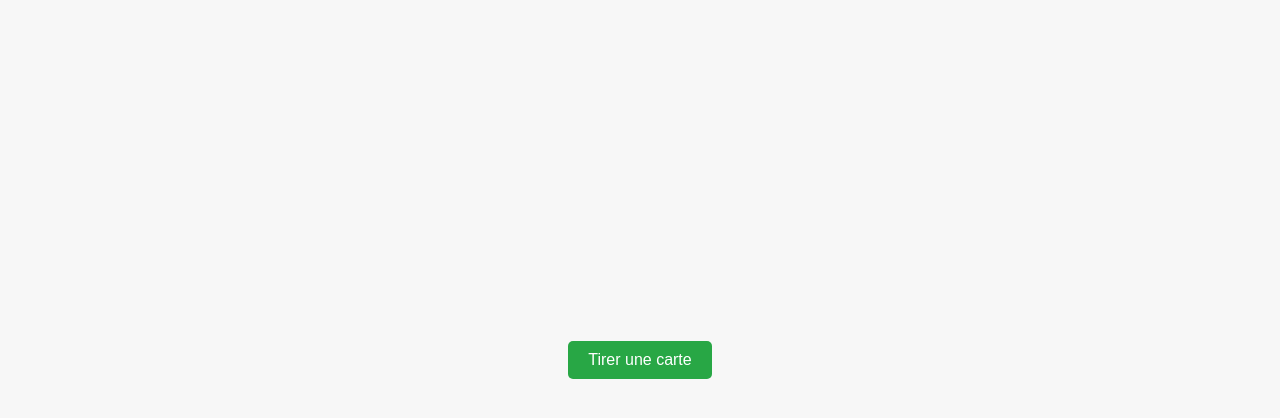
Repository: brickinclackman/Card-Knowledge-Game
Page: test.html
An editor plug-in stored every save of this project. The page is shown before and after the next save, followed by the edit.
The browser window is 1280 px wide. The pictures show the whole page.

Above is the page before, as saved 2024-12-08 11:38:38.

After the next save:
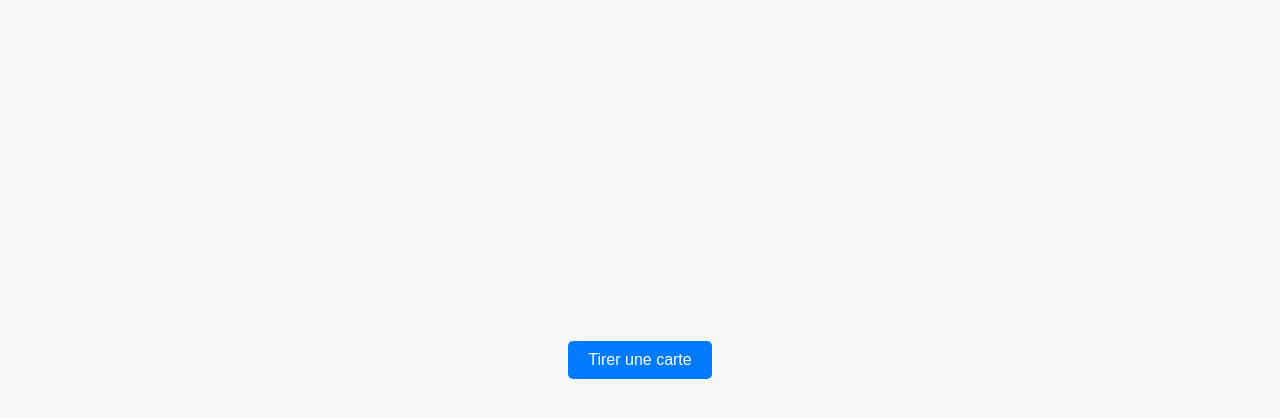
Saved 71 s later.
--- a/test.html
+++ b/test.html
@@ -29,47 +29,45 @@
             border: none;
             border-radius: 5px;
             cursor: pointer;
-            background-color: #28a745;
+            background-color: #007bff;
             color: white;
             transition: background-color 0.3s;
         }
         button:hover {
-            background-color: #218838;
+            background-color: #0056b3;
         }
     </style>
 </head>
 <body>
     <div>
-        <button id="showCardBtn">Tirer une carte</button>
+        <button id="drawCardBtn">Tirer une carte</button>
         <img src="" alt="Carte à jouer" class="card" id="card">
     </div>
 
     <script>
-        // Liste des cartes (chemins des fichiers)
-        const cards = [
-            "images/cards/ace_of_hearts.png",
-            "images/cards/king_of_clubs.png",
-            "images/cards/queen_of_diamonds.png",
-            "images/cards/jack_of_spades.png",
-            "images/cards/10_of_hearts.png",
-            // Ajoutez toutes les cartes ici...
-        ];
-
         // Ciblez le bouton et l'image
-        const button = document.getElementById('showCardBtn');
+        const button = document.getElementById('drawCardBtn');
         const card = document.getElementById('card');
 
-        // Fonction pour sélectionner une carte aléatoire
-        function getRandomCard() {
-            const randomIndex = Math.floor(Math.random() * cards.length);
-            return cards[randomIndex];
-        }
+        // Ajouter un événement au clic
+        button.addEventListener('click', async () => {
+            try {
+                // Faites une requête à l'API pour tirer une carte
+                const response = await fetch('https://deckofcardsapi.com/api/deck/new/draw/?count=1');
+                const data = await response.json();
 
-        // Ajouter un événement au clic
-        button.addEventListener('click', () => {
-            const randomCard = getRandomCard(); // Obtenez une carte aléatoire
-            card.src = randomCard; // Changez la source de l'image
-            card.style.display = 'block'; // Affichez l'image
+                // Vérifiez si une carte a été tirée
+                if (data.cards && data.cards.length > 0) {
+                    const randomCardUrl = data.cards[0].image; // URL de l'image
+                    card.src = randomCardUrl; // Changez la source de l'image
+                    card.style.display = 'block'; // Affichez l'image
+                } else {
+                    alert('Impossible de tirer une carte.');
+                }
+            } catch (error) {
+                console.error('Erreur lors du tirage de la carte :', error);
+                alert('Une erreur est survenue. Veuillez réessayer.');
+            }
         });
     </script>
 </body>

After the save that followed:
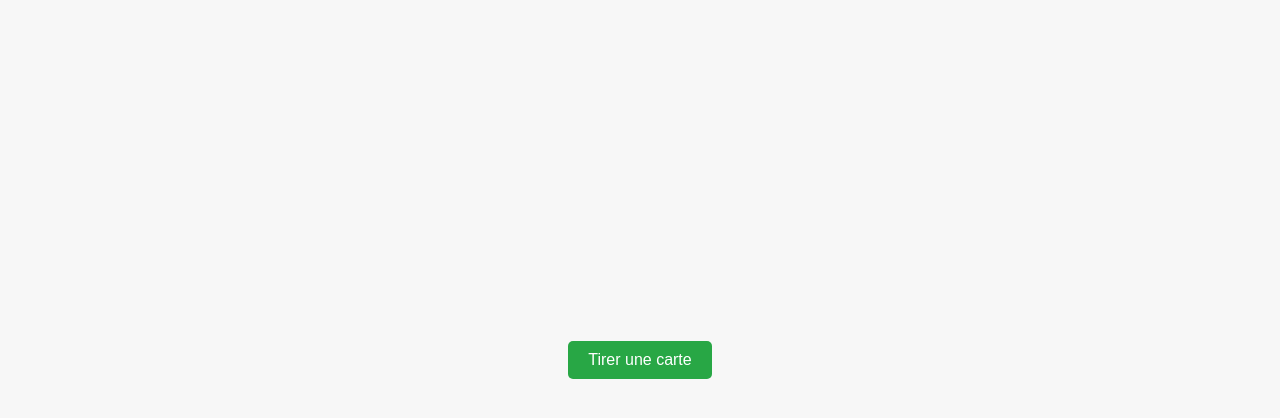
Saved 3 min 56 s later.
--- a/test.html
+++ b/test.html
@@ -29,45 +29,47 @@
             border: none;
             border-radius: 5px;
             cursor: pointer;
-            background-color: #007bff;
+            background-color: #28a745;
             color: white;
             transition: background-color 0.3s;
         }
         button:hover {
-            background-color: #0056b3;
+            background-color: #218838;
         }
     </style>
 </head>
 <body>
     <div>
-        <button id="drawCardBtn">Tirer une carte</button>
+        <button id="showCardBtn">Tirer une carte</button>
         <img src="" alt="Carte à jouer" class="card" id="card">
     </div>
 
     <script>
+        // Liste des cartes (chemins des fichiers)
+        const cards = [
+            "images/cards/ace_of_hearts.png",
+            "images/cards/king_of_clubs.png",
+            "images/cards/queen_of_diamonds.png",
+            "images/cards/jack_of_spades.png",
+            "images/cards/10_of_hearts.png",
+            // Ajoutez toutes les cartes ici...
+        ];
+
         // Ciblez le bouton et l'image
-        const button = document.getElementById('drawCardBtn');
+        const button = document.getElementById('showCardBtn');
         const card = document.getElementById('card');
 
+        // Fonction pour sélectionner une carte aléatoire
+        function getRandomCard() {
+            const randomIndex = Math.floor(Math.random() * cards.length);
+            return cards[randomIndex];
+        }
+
         // Ajouter un événement au clic
-        button.addEventListener('click', async () => {
-            try {
-                // Faites une requête à l'API pour tirer une carte
-                const response = await fetch('https://deckofcardsapi.com/api/deck/new/draw/?count=1');
-                const data = await response.json();
-
-                // Vérifiez si une carte a été tirée
-                if (data.cards && data.cards.length > 0) {
-                    const randomCardUrl = data.cards[0].image; // URL de l'image
-                    card.src = randomCardUrl; // Changez la source de l'image
-                    card.style.display = 'block'; // Affichez l'image
-                } else {
-                    alert('Impossible de tirer une carte.');
-                }
-            } catch (error) {
-                console.error('Erreur lors du tirage de la carte :', error);
-                alert('Une erreur est survenue. Veuillez réessayer.');
-            }
+        button.addEventListener('click', () => {
+            const randomCard = getRandomCard(); // Obtenez une carte aléatoire
+            card.src = randomCard; // Changez la source de l'image
+            card.style.display = 'block'; // Affichez l'image
         });
     </script>
 </body>
